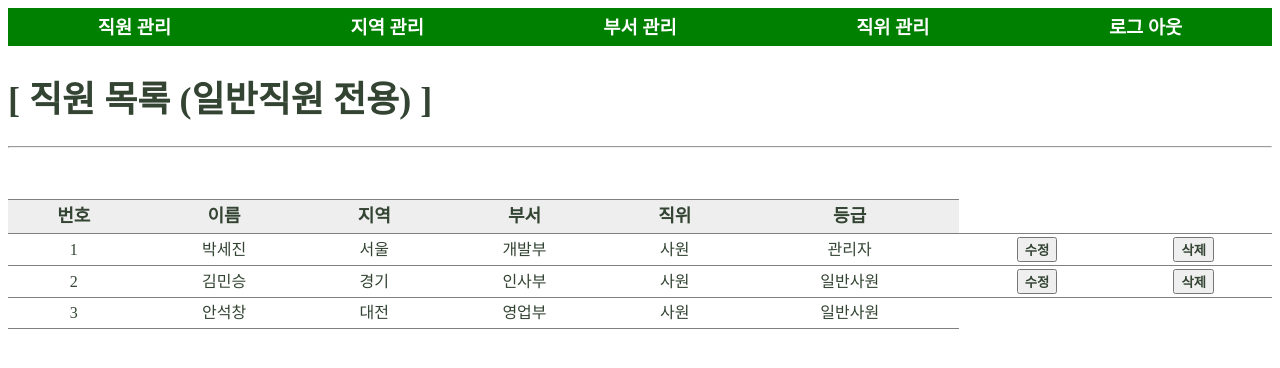
Repository: youngsik0405/SpringMVC
Page: http://localhost/mvc04/WEB-INF/view/EmpList.jsp
These files come from the project's save history. The page is drawn as it stood at one moment and after the next save; the edit follows.
The browser window is 1280 px wide. The pictures show the whole page.
The page is served by Tomcat 9. Nobody is signed in. The template is opened directly, without the code that normally fills it, so the values that code supplies are empty.

Above is the page before, as saved 2025-02-24 03:45:01.

After the next save:
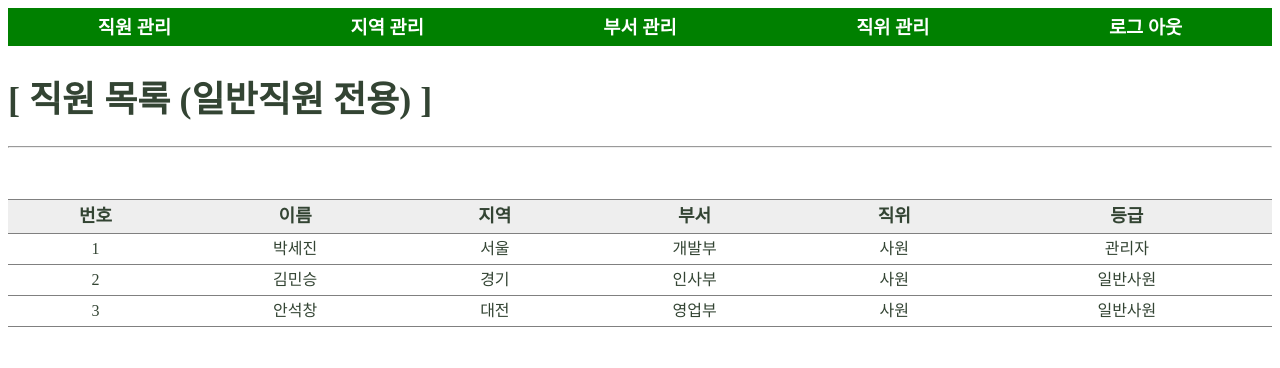
Saved 10 s later.
--- a/mvc04/WebContent/WEB-INF/view/EmpList.jsp
+++ b/mvc04/WebContent/WEB-INF/view/EmpList.jsp
@@ -101,9 +101,6 @@
 				<td>개발부</td>
 				<td>사원</td>
 				<td>관리자</td>
-
-				<td><button type="button" class="btn">수정</button></td>
-				<td><button type="button" class="btn">삭제</button></td>
 			</tr>
 			<tr>
 				<td>2</td>
@@ -112,9 +109,6 @@
 				<td>인사부</td>
 				<td>사원</td>
 				<td>일반사원</td>
-
-				<td><button type="button" class="btn">수정</button></td>
-				<td><button type="button" class="btn">삭제</button></td>
 			</tr>
 
 			<tr>
